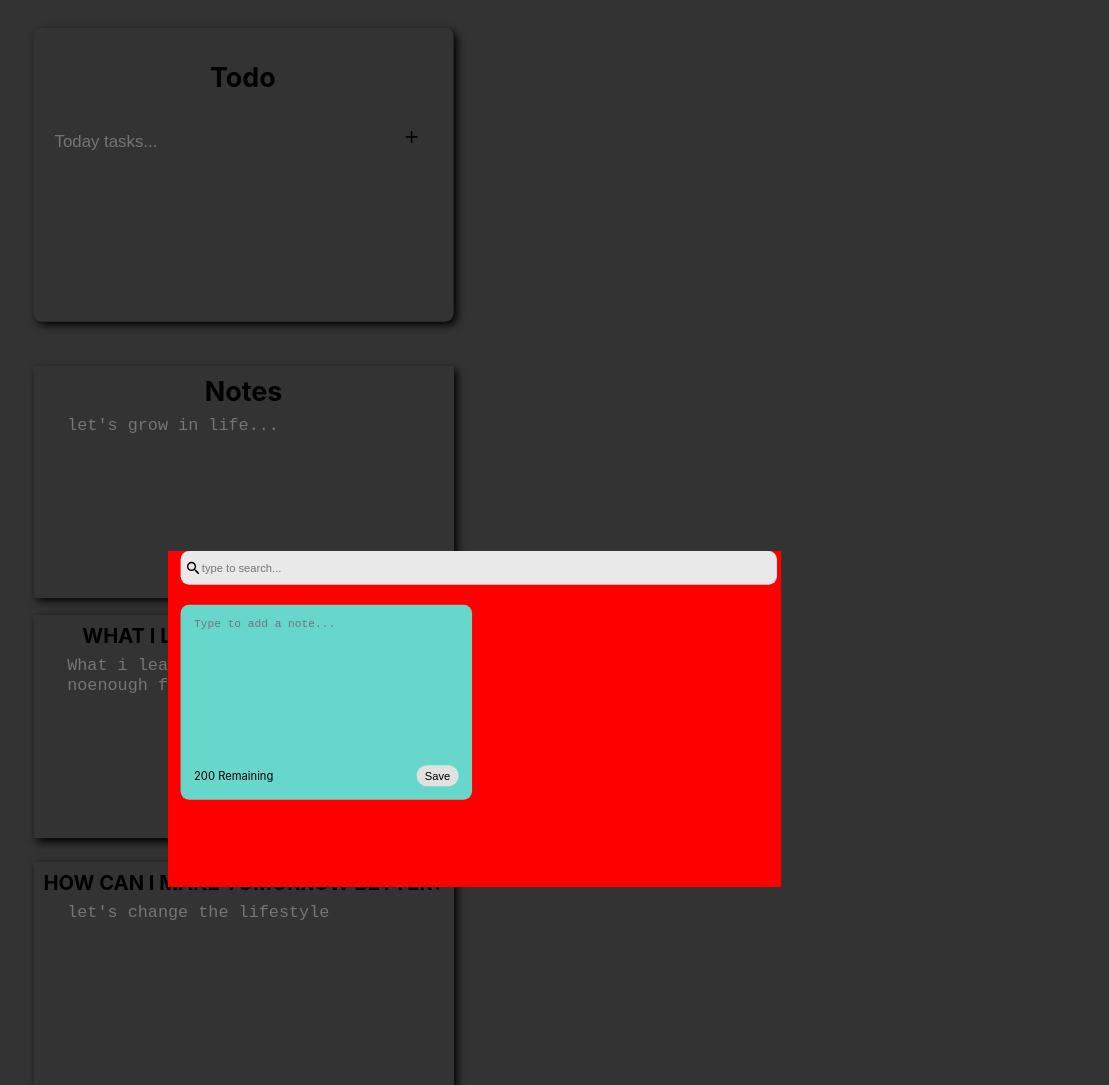
Repository: subhamRsahoo/note
Page: /
These files come from the project's save history. The page is drawn as it stood at one moment and after the next save; the edit follows.
The browser window is 1280 px wide. The page is 1320 px wide, so the pictures cover 1320 px, including what lies to the right of the window. The pictures show the whole page, at 84% of full size.
The project was rebuilt for these pictures with package versions that can differ from the ones it lists, and the page was loaded fresh each time. Also part of the build but not shown: src/components/New folder/components/Note.js.

Above is the page before, as saved 2021-07-15 18:03:26.

### public/index.html
<!DOCTYPE html>
<html lang="en">
  <head>
    <meta charset="utf-8" />
    <link rel="icon" href="%PUBLIC_URL%/favicon.ico" />
    <meta name="viewport" content="width=device-width, initial-scale=1" />
    <meta name="theme-color" content="#000000" />
    <meta
      name="description"
      content="Web site created using create-react-app"
    />
    <link rel="apple-touch-icon" href="%PUBLIC_URL%/logo192.png" />
    <link rel="manifest" href="%PUBLIC_URL%/manifest.json" />


    <!-- <link rel="stylesheet" href="https://cdnjs.cloudflare.com/ajax/libs/font-awesome/5.15.3/css/font-awesome.min.css"/> -->

    <!-- <link rel="stylesheet" href="https://bootswatch.com/4/materia/bootstrap.com"/> -->

    <title>React App</title>
  </head>
  <body>
    <noscript>You need to enable JavaScript to run this app.</noscript>
    <div id="root"></div>
  </body>
</html>

### src/App.js
import React from 'react'
import Hub from './components/Hub';
import Hub1 from './components/aaaa/Hub1';
import A from './components/New folder/A';

function App() {
    return (
        <div>
            <Hub/>
            <Hub1/>
            <A/>
        </div>
    )
}

export default App

### src/components/Hub.js
import React , {useState , useEffect}from "react";
import Header from "./Header";
import Form from "./Form";
import TodoList from "./TodoList";
import './App.css';


const Hub = () => {
  const initalState = JSON.parse(localStorage.getItem("todos")) || [];
  const [input ,setInput] = useState("");
  const [todos ,setTodos] = useState(initalState);
  const [editTodo , setEditTodo] = useState(null);

  useEffect(() => {
    localStorage.setItem("todos" , JSON.stringify(todos))
  }, [todos]);
  return (
    <div className="container">
      <div className="app-wrapper">
        <div>
          <Header/>
        </div>
        <div>
          <Form
          input={input}
          setInput={setInput}
          todos={todos}
          setTodos={setTodos}
          editTodo={editTodo}
          setEditTodo={setEditTodo}
          />
        </div>
        <div>
          <TodoList todos={todos} setTodos={setTodos} setEditTodo={setEditTodo}/>
        </div>
      </div>
    </div>

  );
}

export default Hub;

### src/components/aaaa/Hub1.js
import React, { Component } from 'react';
import FormDataComponent from './components/form-data.component';
class  Hub1 extends Component {
  render() {
    return (
      <div >
        <FormDataComponent />
      </div>
    );
  }
}

export default Hub1;

### src/components/New folder/A.js
import React from 'react';
import './index.css';
import App from './App';


function A() {
    return (
        <div>
            <App />
        </div>
    )
}

export default A

### src/components/Header.js
import React from 'react'

function Header() {
    return (
        <div className="header">
            <h1>Todo</h1>
        </div>
    )
}

export default Header

### src/components/Form.js
import React , {useEffect} from 'react'
import {v4 as uuidv4} from "uuid";
import AddIcon from '@material-ui/icons/Add';

 const Form =({input , setInput , todos , setTodos , editTodo , setEditTodo }) => {
     const updateTodo = (title , id, completed) =>
     {
         const newTodo = todos.map((todo)=>

             todo.id === id ? {title,id, completed} : todo
         )
         setTodos(newTodo);
         setEditTodo("");
     }
     useEffect(() =>
     {
         if(editTodo)
         {
             setInput(editTodo.title);
         }else{
             setInput("")
         }
     }, [setInput , editTodo]);

     const onInputChange= (event) =>
     {
       setInput(event.target.value);
     };

     const onFormSubmit = (event) =>
     {
        event.preventDefault();
        if(!editTodo){
            setTodos([...todos , {id:uuidv4(), title: input , completed: false}]);
            setInput("");
        }else{
            updateTodo(input , editTodo.id , editTodo.completed)
        }
     }
    return (
       <form onSubmit={onFormSubmit}>
           <input type="text" placeholder="Today tasks... " className="task-input"
           value={input} required onChange={onInputChange} limit={3}/>
           <button type="submit" className="Add">
            <AddIcon/>
           </button>
       </form>
    )
}

export default Form

### src/components/TodoList.js
import React from 'react'
import DoneIcon from '@material-ui/icons/Done';
import EditIcon from '@material-ui/icons/Edit';
import DeleteIcon from '@material-ui/icons/Delete';

const TodoList = ({todos , setTodos , setEditTodo}) => {

    const handleDelete = ({id}) =>
    {
        setTodos(todos.filter((todo) => todo.id !== id));
    }

    const handleComplete = (todo) =>
    {
        setTodos(
            todos.map((item) => {
                if(item.id === todo.id){
                    return {...item , completed: !item.completed};
                }
                return item
            })
        )
    }

    const handleEdit =({id}) =>{
        const findTodo = todos.find((todo) => todo.id === id);
        setEditTodo(findTodo);
    };
    return (
        <div>
           {todos.map((todo) => (
               <li className="list-item"  key={todo.id}>
                   <input type="text"
                     value={todo.title}
                     className={`list ${todo.completed ? "complete" : "" }`}
                     onChange={(event)=> event.preventDefault()}
                   />
                   <div>
                       <button className="button-complete task-button" onClick={() => handleComplete(todo)}>
                          <i><DoneIcon/></i>
                       </button>
                       <button className="button-edit task-button" onClick={()=> handleEdit(todo)}>
                          <i><EditIcon/></i>
                       </button>
                       <button className="button-delete task-button"  onClick={()=> handleDelete(todo)}>
                          <i><DeleteIcon/></i>
                       </button>
                   </div>
               </li>
           ))}
        </div>
    );
}

export default TodoList;

### src/components/App.css
::-webkit-scrollbar {
  width: 9px;
}
::-webkit-scrollbar-thumb {
  background-color: #a8a8a8;
}
::-webkit-scrollbar-thumb:hover {
  background: #828282;
}
::-webkit-scrollbar-track {
  background: #cccccc;
}

body {
  font-family: -apple-system, BlinkMacSystemFont, 'Segoe UI', 'Roboto', 'Oxygen',
    'Ubuntu', 'Cantarell', 'Fira Sans', 'Droid Sans', 'Helvetica Neue',
    sans-serif;
  -webkit-font-smoothing: antialiased;
  -moz-osx-font-smoothing: grayscale;
  background: #333;
}

code {
  font-family: source-code-pro, Menlo, Monaco, Consolas, 'Courier New',
    monospace;
}


*
{
  margin: 0;
  padding: 0;
}

.container
{
  margin-top: 10px;
  width: 100%;
  min-height: 55vh;
  display: grid;
  justify-content: left;
  /* margin-left: 40px; */
  right: 500px;
  align-items: center;
  position: relative;
  box-sizing: border-box;
  left: 40px;
}

.app-wrapper
{
  background-color: #333;
  width: 500px;
  min-height: 350px;
  padding: 10px;
  box-sizing: border-box;
  border-radius: 10px;
  box-shadow: 4px 4px 10px #000;
  /* margin-bottom: 150px; */

}

.header h1
{
  color: black;
  text-align: left;
  margin: 30px 0;
  margin-left: 200px;
}

.task-input
{
  outline: none;
  width: 350px;
  padding: 15px;
  margin-right: 25px;
  font-size: 20px;
  color: white;
  background-color: #333;
  border: none;
  border-radius: 10px;
}

.task-input:hover
{
  box-shadow: 6px 4px 10px #000;
}

.Add
{
  width: 70px;
  padding: 5px 5px;
  border: 0;
  cursor: pointer;
  border-style: transparent;
  background-color: #333;
}

.Add:hover
{
  border-radius: 10px;
  box-shadow: 6px 4px 10px #000;
}

.list-item
{
  display: flex;
  margin: 20px 0;
  border: none;
  border-radius: 10px;
  padding: 7px;
  max-height: 20px;
}

.list-item:hover
{
  box-shadow: 6px 4px 10px #000;
}

.button-complete,
.button-delete,
.button-edit
{
  border: none;
  outline: none;
  cursor: pointer;
  background-color: transparent;
  font-size: 20px;
  border-radius: 50%;
}

.button-complete
{
  color: #ff6c6c;
  margin-right: 10px;
  margin-left: 70px;
}

.button-edit
{
  color: #e2d029;
  margin-right: 10px;
}

.button-delete
{
  color: lightseagreen;
}

.complete
{
  text-decoration-style: solid;
  text-decoration-line: line-through;
  text-decoration-color: #ff6c6c;
  opacity: 0.6;
}

.list
{
  width: 250px;
  background-color: #333;
  border: none;
  color: wheat;
  font-size: 20px;
  padding-left: 10px;
  margin-right: 15px;
}

input:focus,
button:focus
{
  outline: none;
}

@media screen and (max-width:768px)
{
  .container
  {
    left : 120px;
  }
  .app-wrapper
  {

    min-width: 400px;
    min-height: 260px;
    /* margin-top: 15px; */
  }
}

@media screen and (max-width:540px)
{
  .container
  {
    left: 40px;
  }
}

@media screen and (max-width: 1020px)
{
  .app-wrapper
  {
    min-width: 200px;
    min-height: 260px;
    margin-top: 15px;
  }
}

### src/components/aaaa/components/form-data.component.js
import React, { Component } from 'react';
import './design.css';
export default class FormDataComponent extends Component {
    userData;

    constructor(props) {
        super(props);

        this.onChangeName = this.onChangeName.bind(this);
        this.onChangeName1 = this.onChangeName1.bind(this);
        this.onChangeName2 = this.onChangeName2.bind(this);
        this.onSubmit = this.onSubmit.bind(this);

        this.state = {
            name: '',
            name1: '',
            name2: ''
        }
    }

    // Form Values
    onChangeName(e) {
        this.setState({ name: e.target.value })
    }

    onChangeName1(e) {
        this.setState({ name1: e.target.value })
    }

    onChangeName2(e) {
        this.setState({ name2: e.target.value })
    }


    // React Life Cycle
    componentDidMount() {
        this.userData = JSON.parse(localStorage.getItem('user'));

        if (localStorage.getItem('user')) {
            this.setState({
                name: this.userData.name,
                name1: this.userData.name1,
                name2: this.userData.name2
            })
        } else {
            this.setState({
                name: '',
                name1: '',
                name2: ''
            })
        }
    }

    componentWillUpdate(nextProps, nextState) {
        localStorage.setItem('user', JSON.stringify(nextState));
    }

    onSubmit(e) {
        e.preventDefault()
        console.log(this.state.props)
    }


    render() {
        return (

                <form className="form" onSubmit={this.onSubmit}>
                    <div className="contain">
                        <h1>Notes</h1>
                        <textarea type="text" placeholder="let's grow in life..." className="text1" value={this.state.name} onChange={this.onChangeName} />
                        {/* <button type="submit" className="btn1">Save</button> */}
                    </div>


                    <div className="contain1">
                        <h2>WHAT I LEARNED FROM TODAY?</h2>
                        <textarea type="text" placeholder="What i learned from today noenough for Tomorrow" className="text2" value={this.state.name1} onChange={this.onChangeName1} />
                        {/* <button type="submit" className="btn2">Save</button> */}
                    </div>

                    <div className="contain2">
                        <h2>HOW CAN I MAKE TOMORROW BETTER?</h2>
                        <textarea type="text" placeholder="let's change the lifestyle" className="text3" value={this.state.name2} onChange={this.onChangeName2} />
                        {/* <button type="submit" className="btn3">Save</button> */}
                    </div>
                </form>

        )
    }
}

### src/components/New folder/index.css
body {
	margin: 0;
	font-family: -apple-system, BlinkMacSystemFont, 'Segoe UI',
		'Roboto', 'Oxygen', 'Ubuntu', 'Cantarell', 'Fira Sans',
		'Droid Sans', 'Helvetica Neue', sans-serif;
	-webkit-font-smoothing: antialiased;
	-moz-osx-font-smoothing: grayscale;
}

code {
	font-family: source-code-pro, Menlo, Monaco, Consolas,
		'Courier New', monospace;
}

.header {
	display: flex;
	align-items: center;
	justify-content: space-between;
}


.container1 {
	display: grid;
	width: 700px;
	/* margin-right: auto;  */
	position: absolute;
	left: 200px;
	padding-right: 15px;
	padding-left: 15px;
	height: 400px;
	background-color:red;
}

.notes-list {
	display: grid;
	grid-gap: 1rem;
	grid-template-columns: repeat(
		auto-fill,
		minmax(250px, 1fr)
	);
}

.note.new {
	background-color: #67d7cc;
	height: 200px;
	margin-bottom: 200px;
}

textarea {
	border: none;
	resize: none;
	background-color: #67d7cc;
}

textarea:focus {
	outline: none;
}

.save {
	background-color: #e1e1e1;
	border: none;
	border-radius: 15px;
	padding: 5px 10px 5px 10px;
}

.save:hover {
	background-color: #ededed;
	cursor: pointer;
}

.note {
	background-color: #fef68a;
	border-radius: 10px;
	padding: 1rem;
	height: 200px;
	display: flex;
	flex-direction: column;
	justify-content: space-between;
	white-space: pre-wrap;
}

.note-footer {
	display: flex;
	align-items: center;
	justify-content: space-between;
}

.delete-icon {
	cursor: pointer;
}

.search {
	display: flex;
	align-items: center;
	background-color: rgb(233, 233, 233);
	width: 700px;
	height: 30px;
	border-radius: 10px;
	padding: 5px;
	margin-bottom: 1.5em;
}

.search input {
	border: none;
	background-color: rgb(233, 233, 233);
	width: 100%;
}

.search input:focus {
	outline: none;
}

### src/components/New folder/App.js
import { useState, useEffect } from 'react';
import { nanoid } from 'nanoid';
import NotesList from './components/NotesList';
import Search from './components/Search';

const App = () => {
	const [notes, setNotes] = useState([
		// {
		// 	id: nanoid(),
		// 	text: 'This is my first note!',
		// 	date: '15/04/2021',
		// },
		// {
		// 	id: nanoid(),
		// 	text: 'This is my second note!',
		// 	date: '21/04/2021',
		// },
		// {
		// 	id: nanoid(),
		// 	text: 'This is my third note!',
		// 	date: '28/04/2021',
		// },
		// {
		// 	id: nanoid(),
		// 	text: 'This is my new note!',
		// 	date: '30/04/2021',
		// },
	]);

	const [searchText, setSearchText] = useState('');

	useEffect(() => {
		const savedNotes = JSON.parse(
			localStorage.getItem('react-notes-app-data')
		);

		if (savedNotes) {
			setNotes(savedNotes);
		}
	}, []);

	useEffect(() => {
		localStorage.setItem(
			'react-notes-app-data',
			JSON.stringify(notes)
		);
	}, [notes]);

	const addNote = (text) => {
		const date = new Date();
		const newNote = {
			id: nanoid(),
			text: text,
			date: date.toLocaleDateString(),
		};
		const newNotes = [...notes, newNote];
		setNotes(newNotes);
	};

	const deleteNote = (id) => {
		const newNotes = notes.filter((note) => note.id !== id);
		setNotes(newNotes);
	};

	return (
		<div >
			<div className='container1'>
				<Search handleSearchNote={setSearchText} />
				<NotesList
					notes={notes.filter((note) =>
						note.text.toLowerCase().includes(searchText)
					)}
					handleAddNote={addNote}
					handleDeleteNote={deleteNote}
				/>
			</div>
		</div>
	);
};

export default App;

### src/components/aaaa/components/design.css
.form
{
    width: 100%;
    height: 250px;
    display: grid;
    margin: 0;
    padding: 0;
}


.contain
{
    display: grid;
    width: 500px;
    left: 40px;
    top: 30px;
    bottom: 10px;
    box-shadow: 4px 4px 10px #000;
    position: relative;
    box-sizing: border-box;

}

.text1
{
    margin-top: 10px;
   width: 400px;
   height: 197px;
   margin-left: 40px;
   background-color: #333;
   border-style: none;
   color: white;
   border-style: none;
   font-size: 20px;
   margin-bottom: 20px;
}

.text1:hover
{
    box-shadow: 4px 4px 10px #000;
}

.contain h1
{
    margin-top: 10px;
   text-align: center;
}

/* .btn1
{
    background-color: #333;
    margin-left: 70px;
    text-decoration-color: white;
    border-style: none;
    color: white;
    cursor: pointer;
    margin-bottom: 10px;
    padding: 8px 8px;
    border-radius: 10px;
}

.btn1:hover
{
    box-shadow: 4px 4px 10px #000;
    padding: 8px 8px;
} */


.contain1
{
    width: 500px;
    top: 50px;
    left: 40px;
    box-shadow: 4px 4px 10px #000;
    position: relative;
    box-sizing: content-box;
    display: grid;
}

.text2
{
    margin-top: 10px;
    width: 400px;
    height: 197px;
    margin-left: 40px;
    background-color: #333;
    border-style: none;
    color: white;
    border-style: none;
    font-size: 20px;
    margin-bottom: 20px;
}

.text2:hover
{
    box-shadow: 4px 4px 10px #000;
}


.contain1 h2
{
    margin-top: 10px;
   text-align: center;
}

/* .btn2
{
    background-color: #333;
    margin-left: 70px;
    text-decoration-color: white;
    border-style: none;
    color: white;
    cursor: pointer;
    margin-bottom: 10px;
    padding: 8px 8px;
    border-radius: 10px;
}

.btn2:hover
{
    box-shadow: 4px 4px 10px #000;
    padding: 8px 8px;
} */

.contain2
{
   width: 500px;
    margin-top: 620px;
    margin-left: 40px;
    /* bottom: 630px; */
    box-shadow: 4px 4px 10px #000;
    position: absolute;
    box-sizing:border-box;
    display: grid;
}

.text3
{
    margin-top: 10px;
    width: 400px;
    height: 197px;
    margin-left: 40px;
    background-color: #333;
    border-style: none;
    color: white;
    border-style: none;
    font-size: 20px;
    margin-bottom: 20px;
}

.text3:hover
{
    box-shadow: 4px 4px 10px #000;
}


.contain2 h2
{
    margin-top: 10px;
   text-align: center;
}

/* .btn3
{
    background-color: #333;
    margin-left: 70px;
    text-decoration-color: white;
    border-style: none;
    color: white;
    cursor: pointer;
    margin-bottom: 10px;
    padding: 8px 8px;
    border-radius: 10px;
}

.btn3:hover
{
    box-shadow: 4px 4px 10px #000;
    padding: 8px 8px;
} */

@media screen and (max-width:768px)
{
    .contain
    {
        left: 80px;
    }
    .contain1
    {
        left: 80px;
    }
    .contain2
    {
        left: 80px;
    }
}

@media screen and (max-width: 540px)
{
    .contain
    {
        left: 0;
    }
    .contain1
    {
        left: 0px;
    }
    .contain2
    {
        left: 0px;
    }
}

### src/components/New folder/components/AddNote.js
import { useState } from 'react';

const AddNote = ({ handleAddNote }) => {
	const [noteText, setNoteText] = useState('');
	const characterLimit = 200;

	const handleChange = (event) => {
		if (characterLimit - event.target.value.length >= 0) {
			setNoteText(event.target.value);
		}
	};

	const handleSaveClick = () => {
		if (noteText.trim().length > 0) {
			handleAddNote(noteText);
			setNoteText('');
		}
	};

	return (
		<div className='note new'>
			<textarea
				rows='8'
				cols='10'
				placeholder='Type to add a note...'
				value={noteText}
				onChange={handleChange}
			></textarea>
			<div className='note-footer'>
				<small>
					{characterLimit - noteText.length} Remaining
				</small>
				<button className='save' onClick={handleSaveClick}>
					Save
				</button>
			</div>
		</div>
	);
};

export default AddNote;

Loaded but not shown: src/index.js (common file); src/components/New folder/components/NotesList.js (common file); src/components/New folder/components/Search.js (common file)

After the next save:
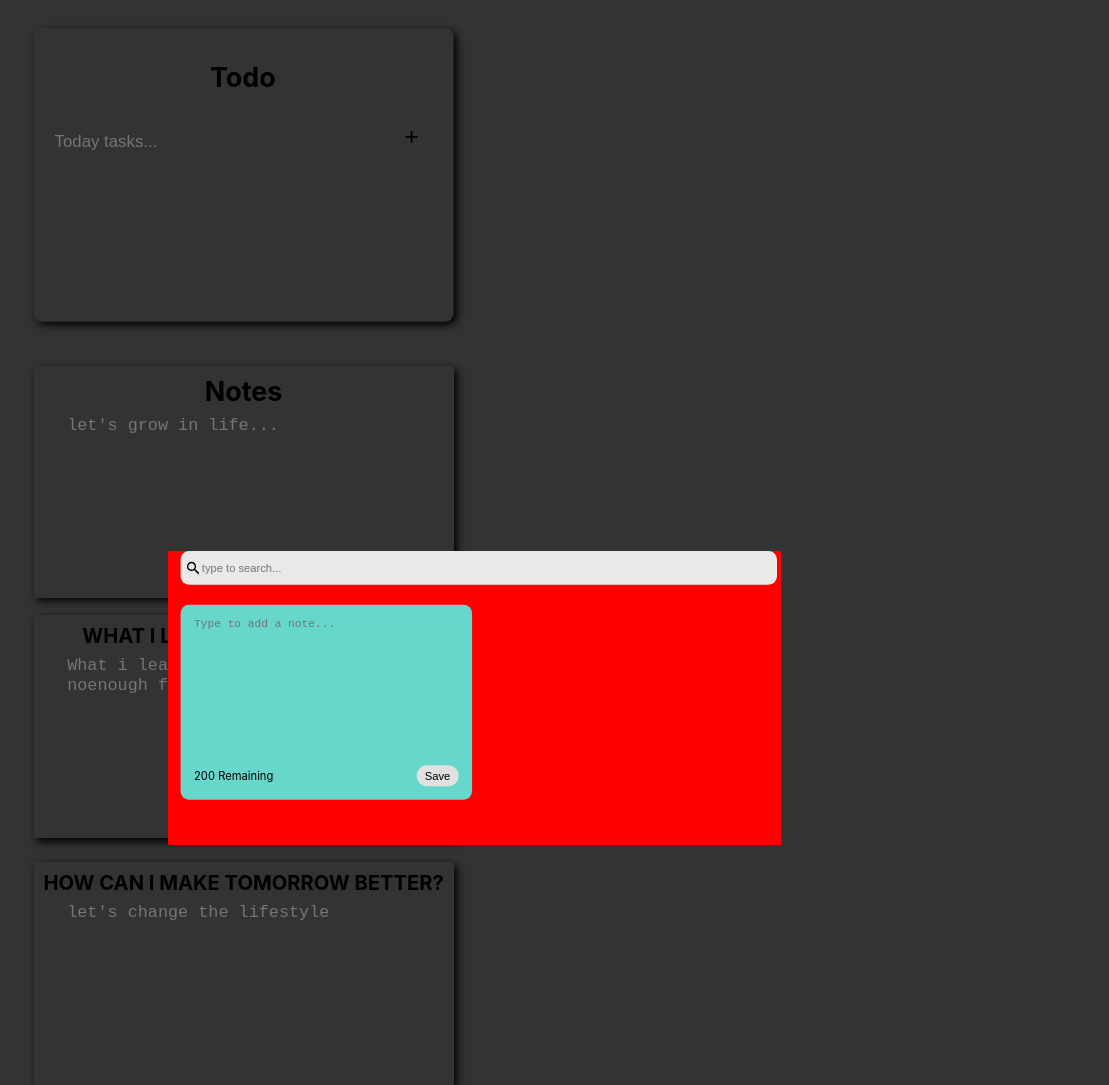
Saved 11 s later.
--- a/src/components/New folder/index.css
+++ b/src/components/New folder/index.css
@@ -27,7 +27,7 @@ code {
 	left: 200px;
 	padding-right: 15px;
 	padding-left: 15px;
-	height: 400px;
+	height: 350px;
 	background-color:red;
 }
 
